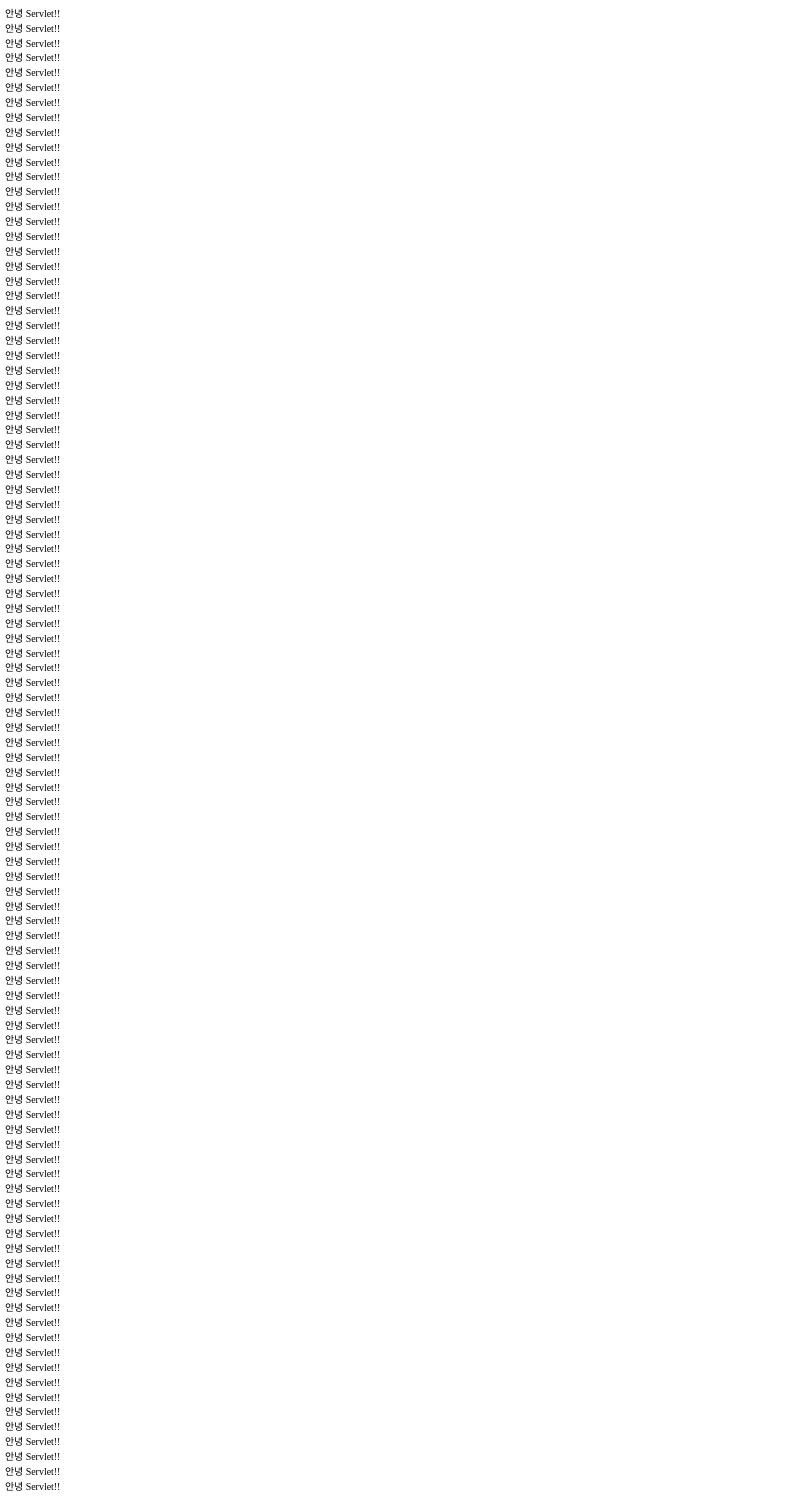
Repository: Realhyeonwoo/study-jsp
Page: http://localhost/JSPPrj/input.jsp
An editor plug-in stored every save of this project. The page is shown before and after the next save, followed by the edit.
The browser window is 1280 px wide. The pictures show the whole page, at 62% of full size.
The page is served by Tomcat 9. Other server files are loaded and not shown.

Above is the page before, as saved 2020-04-15 15:50:31.

### JSPPrj/WebContent/input.jsp
<%@ page language="java" contentType="text/html; charset=UTF-8"
    pageEncoding="UTF-8"%>

<%
	String cnt_ = request.getParameter("cnt");

	int cnt = 100;
	if(cnt_ != null && !cnt_.equals("")) {
		cnt = Integer.parseInt(cnt_);
	}
%>
<!DOCTYPE html>
<html>
<head>
<meta charset="UTF-8">
<title>Insert title here</title>
</head>
<body>
	<%for(int i=0; i<cnt; i++){ %>
		안녕 Servlet!!<br s>
	<%} %>
</body>
</html>

After the next save:
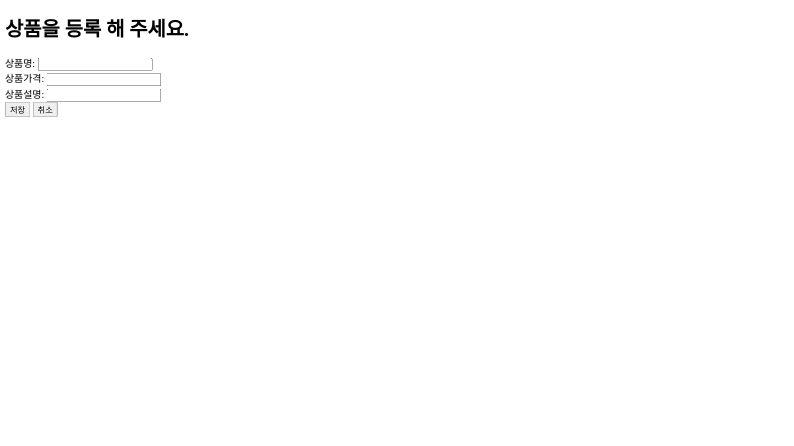
Saved 19 min 0 s later.
--- a/JSPPrj/WebContent/input.jsp
+++ b/JSPPrj/WebContent/input.jsp
@@ -16,8 +16,24 @@
 <title>Insert title here</title>
 </head>
 <body>
-	<%for(int i=0; i<cnt; i++){ %>
-		안녕 Servlet!!<br s>
-	<%} %>
+	<h1>상품을 등록 해 주세요.</h1>
+	<form>
+		<div>
+			<label>상품명: </label>
+			<input type="text" name="name"/>
+		</div>
+		<div>
+			<label>상품가격: </label>
+			<input type="text" name="price"/>
+		</div>
+		<div>
+			<label>상품설명: </label>
+			<input type="text" name="description"/>
+		</div>
+		<div>
+			<input type="submit" value="저장"/>
+			<input type="submit" value="취소"/>
+		</div>
+	</form>
 </body>
 </html>
